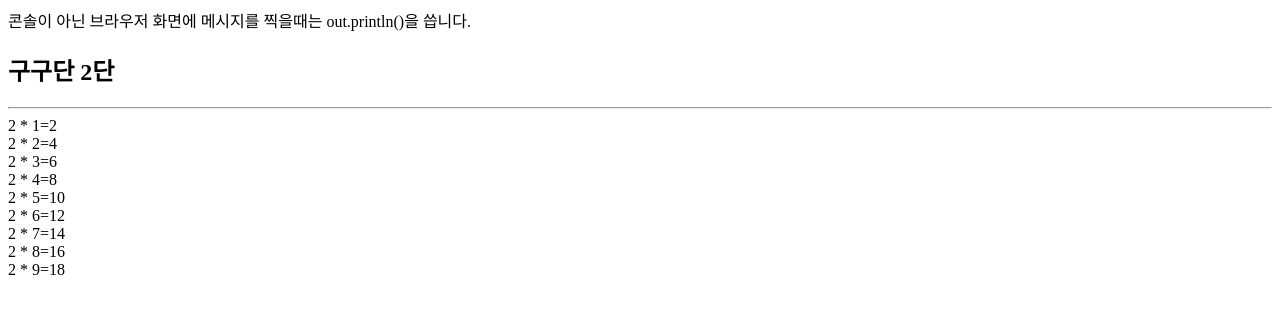
Repository: Andante8989/jsp_practice
Page: http://localhost/JSPBasic/jsptag/scriptlet.jsp
An editor plug-in stored every save of this project. The page is shown before and after the next save, followed by the edit.
The browser window is 1280 px wide. The pictures show the whole page.
The page is served by Tomcat 9.

Above is the page before, as saved 2022-03-22 11:31:16.

After the next save:
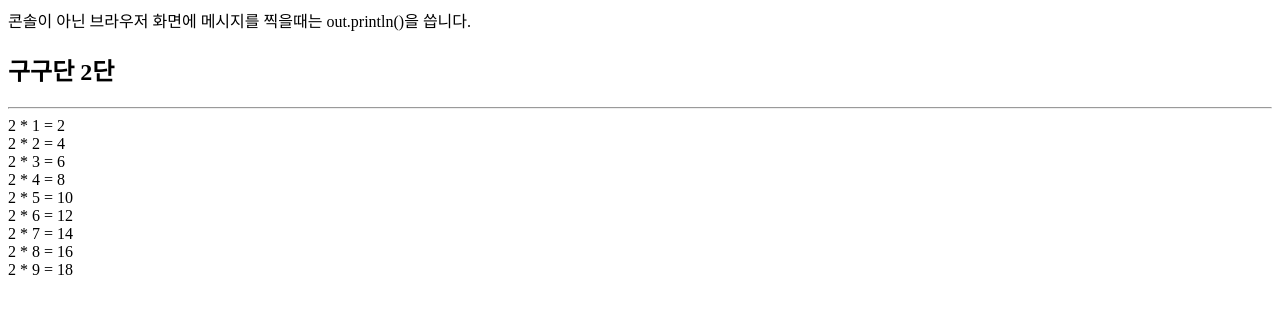
Saved 9 min 15 s later.
--- a/JSPBasic/src/main/webapp/jsptag/scriptlet.jsp
+++ b/JSPBasic/src/main/webapp/jsptag/scriptlet.jsp
@@ -13,8 +13,7 @@
 	<%
 		// 구구단 2단을 브라우저에 출력해주세요.
 		for(int i = 1; i < 10; i++) {
-			out.println("2 * " + i + "=" + 2 * i + "<br/>");
-
+			out.println("2 * " + i + " = " + 2 * i + "<br/>");
 		}
 
 	%>
